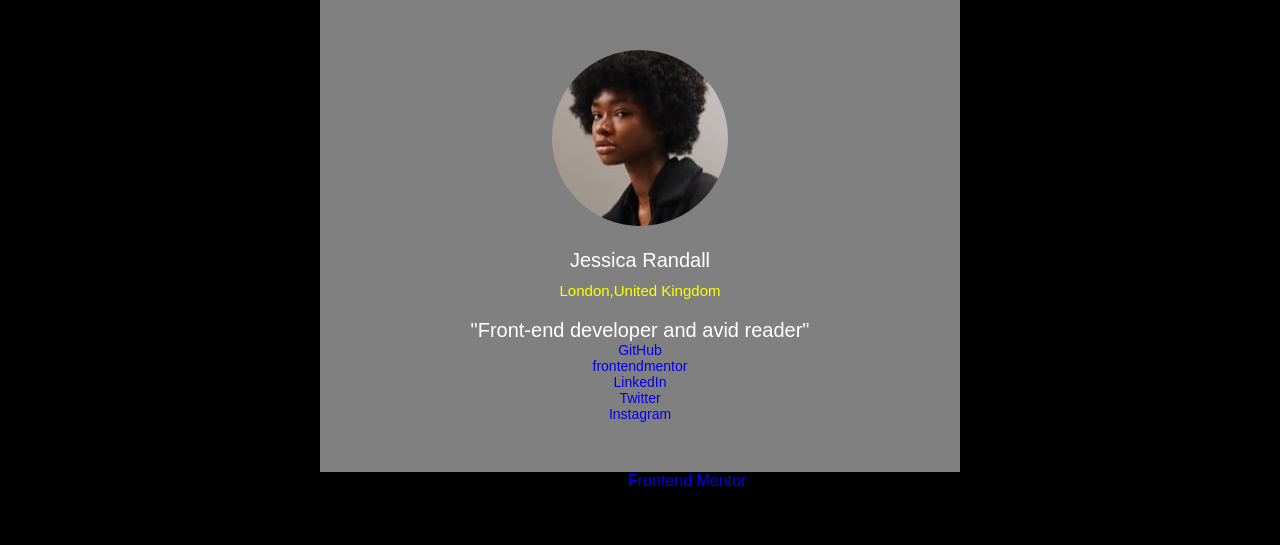
Repository: JosephAbatan05/Social-links-profile
Page: social-links-profile-main/index.html
An editor plug-in stored every save of this project. The page is shown before and after the next save, followed by the edit.
The browser window is 1280 px wide. The pictures show the whole page.

Above is the page before, as saved 2025-01-25 13:12:46.

After the next save:
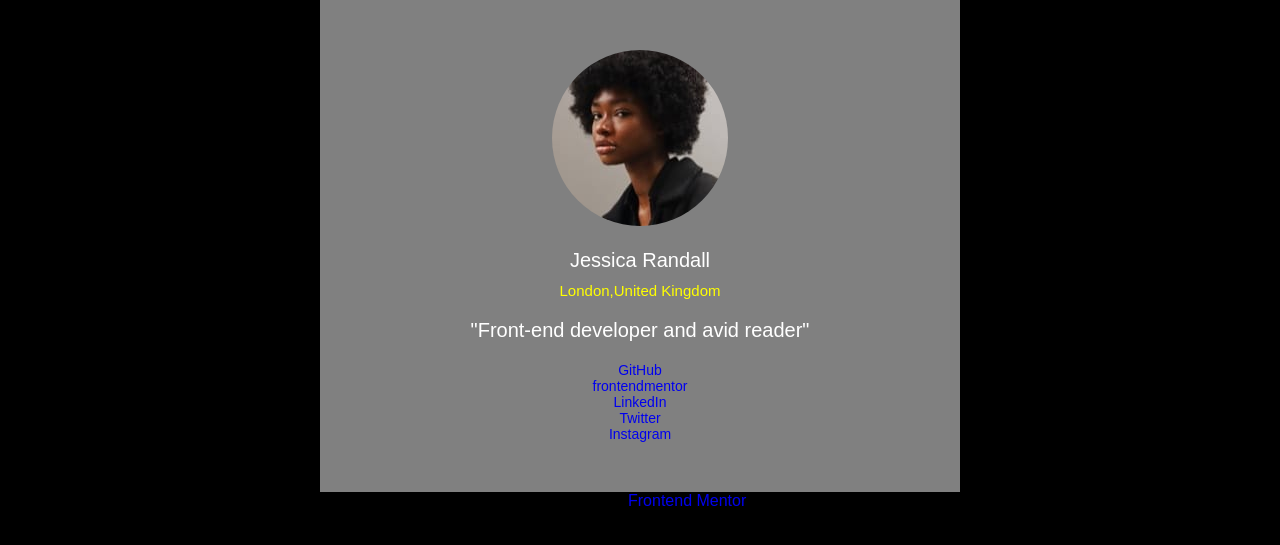
Saved 4 s later.
--- a/social-links-profile-main/styles.css
+++ b/social-links-profile-main/styles.css
@@ -33,7 +33,7 @@ img{
     margin-top:20px;
     color:white;
     font-size: 20px;
-    ma
+    margin-bottom: 20px;
 }
 
 .fa-links-container{
